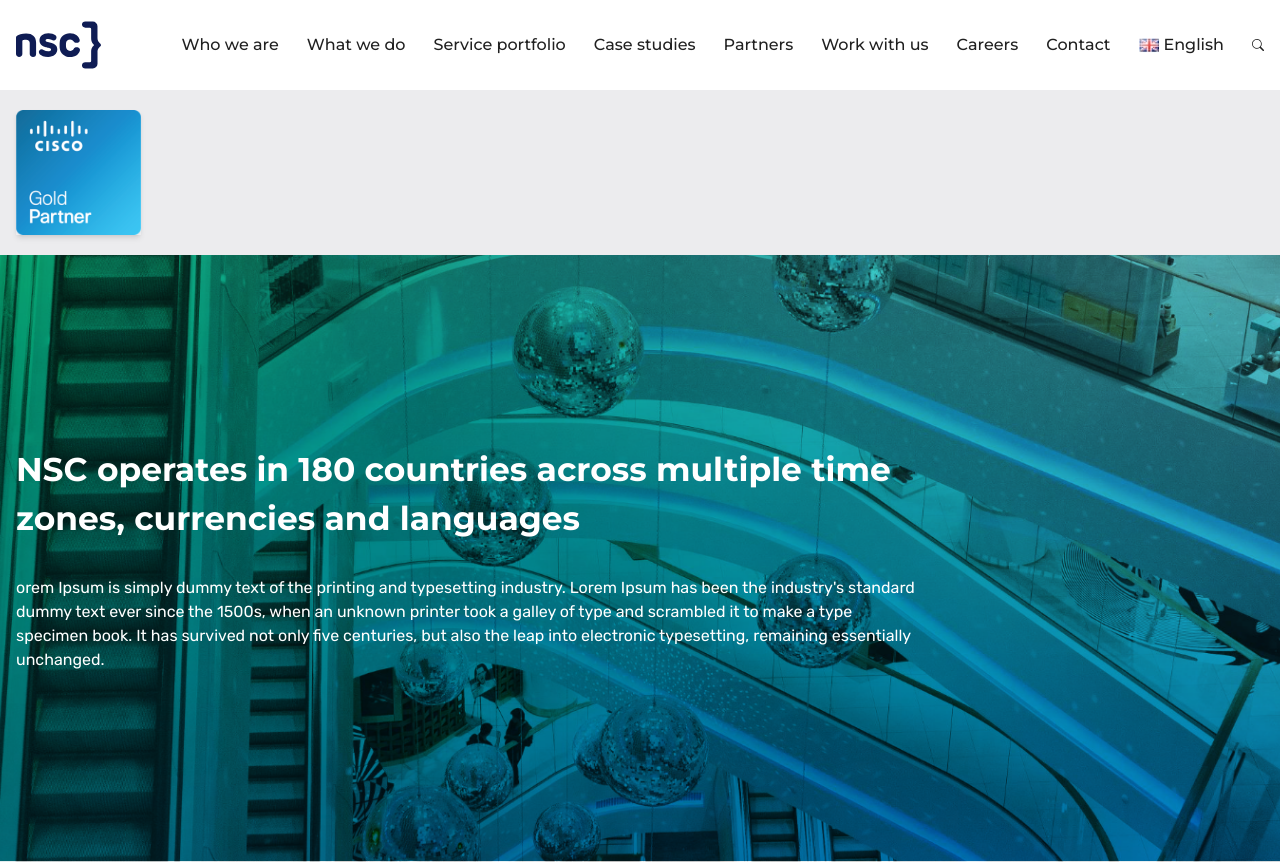
Repository: spaceship9999/ReactIsBack
Page: /
An editor plug-in stored every save of this project. The page is shown before and after the next save, followed by the edit.
The browser window is 1280 px wide. The pictures show the whole page.
The project was rebuilt for these pictures with package versions that can differ from the ones it lists, and the page was loaded fresh each time. The framework's server and built-in components were replaced by stand-ins that run in the browser. Also part of the build but not shown: next.config.js.

Above is the page before, as saved 2023-03-25 00:38:45.

### src/app/layout.tsx
import './globals.scss'

export const metadata = {
  title: 'Create Next App',
  description: 'Generated by create next app',
}

export default function RootLayout({
  children,
}: {
  children: React.ReactNode
}) {
  return (
    <html lang="en">
      <body>{children}</body>
    </html>
  )
}

### src/app/page.tsx
import Link from "next/link";
import Header from "./Header";
import Award from "./Award";
import Banner from "./Banner";

export default function Home() {
  return (
    <main>
      <Header></Header>
      <Award/>
      <Banner
        heading="NSC operates in 180 countries across multiple time zones, currencies and languages"
        image="/img/Cisco_Banner.png" content="orem Ipsum is simply dummy text of the printing and typesetting industry. Lorem Ipsum has been the industry's standard dummy text ever since the 1500s, when an unknown printer took a galley of type and scrambled it to make a type specimen book. It has survived not only five centuries, but also the leap into electronic typesetting, remaining essentially unchanged." position={""}/>
    </main>
  )
}

### src/app/globals.scss
@tailwind base;
@tailwind components;
@tailwind utilities;

@import "./scss/fonts";
@import "./scss/global";
@import "./scss/typography";

### src/app/Header.tsx
import Link from "next/link";

export default function Header() {
    return (
        <div className="container py-5">
            <div className="flex justify-between items-center">
                <Link href="/" >
                    <Logo className="w-[85px] h-[50px]" />
                </Link>
                <nav className="flex gap-7 font-montserrat font-medium text-grey">
                    <Link href="/who-we-are" >
                        Who we are
                    </Link>
                    <Link href="/what-we-do" >
                        What we do
                    </Link>
                    <Link href="/what-we-do" >
                        Service portfolio
                    </Link>
                    <Link href="/what-we-do" >
                        Case studies
                    </Link>
                    <Link href="/what-we-do" >
                        Partners
                    </Link>
                    <Link href="/what-we-do" >
                        Work with us
                    </Link>
                    <Link href="/what-we-do" >
                        Careers
                    </Link>
                    <Link href="/what-we-do" >
                        Contact
                    </Link>
                    <button className="flex items-center gap-x-1">
                        <img src="/img/gb-flag.png" className="w-full"/>
                        English
                    </button>
                    <button>
                        <Search/>
                    </button>
                </nav>
            </div>
        </div>
    )
}


const Logo = (props : { className: string}) => {
    const { className } = props;
    return (
        <svg className={className} xmlns="http://www.w3.org/2000/svg" viewBox="0 0 283.4 156" preserveAspectRatio="xMinYMid meet">
            <path id="nsc_global_logo" d="M67,107.8a10.074,10.074,0,0,1-10,9.9c-5.9.2-11.2-4.5-11.2-9.9V71.6c0-7.4-4.1-11.5-12.4-11.5-6.3,0-12.2.6-12.2,4.2v43.5c0,5.4-4.4,9.9-10.9,9.9-4.9,0-10.3-4.4-10.3-9.9V54.2c0-3.6,1-5.3,3.5-7C8,44,18.6,39.3,34,39.3c21.6,0,33,11.2,33,31.2Zm48.8-37.6L106,68c-6.4-1.4-7.3-3.2-7.3-5,0-3,3.1-4.7,8.6-4.7a31.5,31.5,0,0,1,10.9,2.5,19.538,19.538,0,0,0,7.6,2,8.7,8.7,0,0,0,6.7-3.1,10.468,10.468,0,0,0,2.5-7.6,9.067,9.067,0,0,0-3.5-6.6c-4.9-4-13.9-6.5-23.5-6.5-18,0-29.7,9.6-29.7,24.4,0,11.1,7.4,18.9,21.3,22.5,3.8,1,4.8,1.2,6.8,1.6.9.2,1.9.4,3.5.8,6.2,1.5,7.1,3.5,7.1,5.3,0,4.6-6.5,5.1-9.3,5.1a31.582,31.582,0,0,1-15.9-4.4,12.9,12.9,0,0,0-6.2-2A9.431,9.431,0,0,0,78,96.2c-3,3.9-2.1,10,1.9,13.3,4.6,3.8,13,8.3,27.4,8.3,18.2,0,30.4-10.2,30.4-25.4-.1-11.4-7.2-18.7-21.9-22.2Zm95.9,19.2c-2.2-2.9-6.3-4.2-10-4-4.7.2-7.3,1.7-9,4.9-2.7,4.7-6.5,7.3-12.2,7.3-7.8,0-12.9-4.9-13.7-12.9a95.4,95.4,0,0,1,0-13.1c.8-7.7,5.8-12.1,13.7-12.1a13.278,13.278,0,0,1,11.2,6.1c2.7,3.9,5.7,5.1,8.8,5.2,3.7.2,8-.7,10.6-3.9,1.4-1.7,1.7-4.3,1-7C209.8,51,199,39.2,179.9,39.2c-19,0-33.1,12.1-34.2,29.5a152.151,152.151,0,0,0,0,19.1c1.5,17.5,15.9,30.3,34.2,30.3,19.1,0,29.9-10.6,33-21.3.8-3.3.1-5.7-1.2-7.4Zm60,12.3c0-14.8,11.7-17.8,11.7-23.7s-11.7-8.9-11.7-23.7V15.9A15.939,15.939,0,0,0,255.8,0H231c-6.1,0-11,4-11,10,0,6.3,5.1,10.3,11.1,10.3h14.6a4.739,4.739,0,0,1,4.8,4.8V54.3c0,18.9,9.7,20.5,9.7,23.7s-9.7,4.9-9.7,23.7v29.2a4.739,4.739,0,0,1-4.8,4.8H231.1c-6,0-11.1,3.9-11.1,10.3,0,6,4.9,10,11.1,10h24.8a15.938,15.938,0,0,0,15.9-15.9V101.7Z" fill="#0f1c54"></path>
        </svg>
    )
}

const Search = () => {
    return (
        <svg xmlns="http://www.w3.org/2000/svg" className="w-3 h-3" fill="currentColor" viewBox="0 0 16 16">
            <path d="M11.742 10.344a6.5 6.5 0 1 0-1.397 1.398h-.001c.03.04.062.078.098.115l3.85 3.85a1 1 0 0 0 1.415-1.414l-3.85-3.85a1.007 1.007 0 0 0-.115-.1zM12 6.5a5.5 5.5 0 1 1-11 0 5.5 5.5 0 0 1 11 0z" />
        </svg>
    )
}

### src/app/Award.tsx
export default function Award() {
    return (
        <div className="bg-light-grey py-5">
            <div className="container">
                <img className="w-[125px] shadow-md" src="/img/cisco-partner-o.png"/>
            </div>
        </div>
    )
}

### src/app/Banner.tsx

interface BannerProps {
    heading: string;
    content: string;
    image: string;
    position: string;
}



export default function Banner({heading, content, image, position = "center"}: BannerProps) {
    return (
        <div className="py-[190px] relative">
            <img src={image}
             className={`absolute inset-0 w-full h-full object-cover ${position === 'center' ? 'object-center': 'object-start'}`}/>
             <div className="container">
                <div className="flex flex-col items-center relative z-10 text-white lg:max-w-[910px]">
                    <h2 className="text-white font-montserrat t-36 font-bold mb-8">{heading}</h2>
                    <div className="font-rubik">
                        { content }
                    </div>
                </div>
             </div>
        </div>
    )
}

### src/app/scss/_fonts.scss
@font-face {
    font-family: 'Rubik';
    font-display: swap;
    font-style: italic;
    src: url(/fonts/Rubik-Italic-VariableFont_wght.ttf) format('truetype'),
}

@font-face {
    font-family: 'Rubik';
    font-display: swap;
    font-style: normal;
    src: url(/fonts/Rubik-VariableFont_wght.ttf) format('truetype'),
}

@font-face {
    font-family: 'Montserrat';
    font-display: swap;
    font-style: normal;
    src: url(/fonts/Montserrat-VariableFont_wght.ttf) format('truetype'),
}

@font-face {
    font-family: 'Montserrat';
    font-display: swap;
    font-style: italic;
    src: url(/fonts/Montserrat-Italic-VariableFont_wght.ttf) format('truetype'),
}

### src/app/scss/_global.scss
.container {
    width: 100%;
    max-width: 1408px;
    padding-left: 1rem;
    padding-right: 1rem;
}

### src/app/scss/_typography.scss
.t-36 {
    font-size: clamp(24px, 2.571vw, 36px);
}

.t-18 {
    font-size: clamp(16px, 1.286vw, 18px);
}

### tailwind.config.js
/** @type {import('tailwindcss').Config} */
/** @type {import('tailwindcss').Config} */
module.exports = {
  content: [
    "./app/**/*.{js,ts,jsx,tsx}",
    "./pages/**/*.{js,ts,jsx,tsx}",
    "./components/**/*.{js,ts,jsx,tsx}",

    // Or if using `src` directory:
    "./src/**/*.{js,ts,jsx,tsx}",
  ],
  theme: {
    extend: {
      fontFamily: {
        "montserrat": ["Montserrat", 'sans-serif'],
        "rubik": ["Rubik", 'sans-serif'],
      },
      container: {
        center: true,
      },
      colors: {
        "grey": "#202020",
        "light-grey": "#ECECEE",
      }
    },
  },
  plugins: [],
}

After the next save:
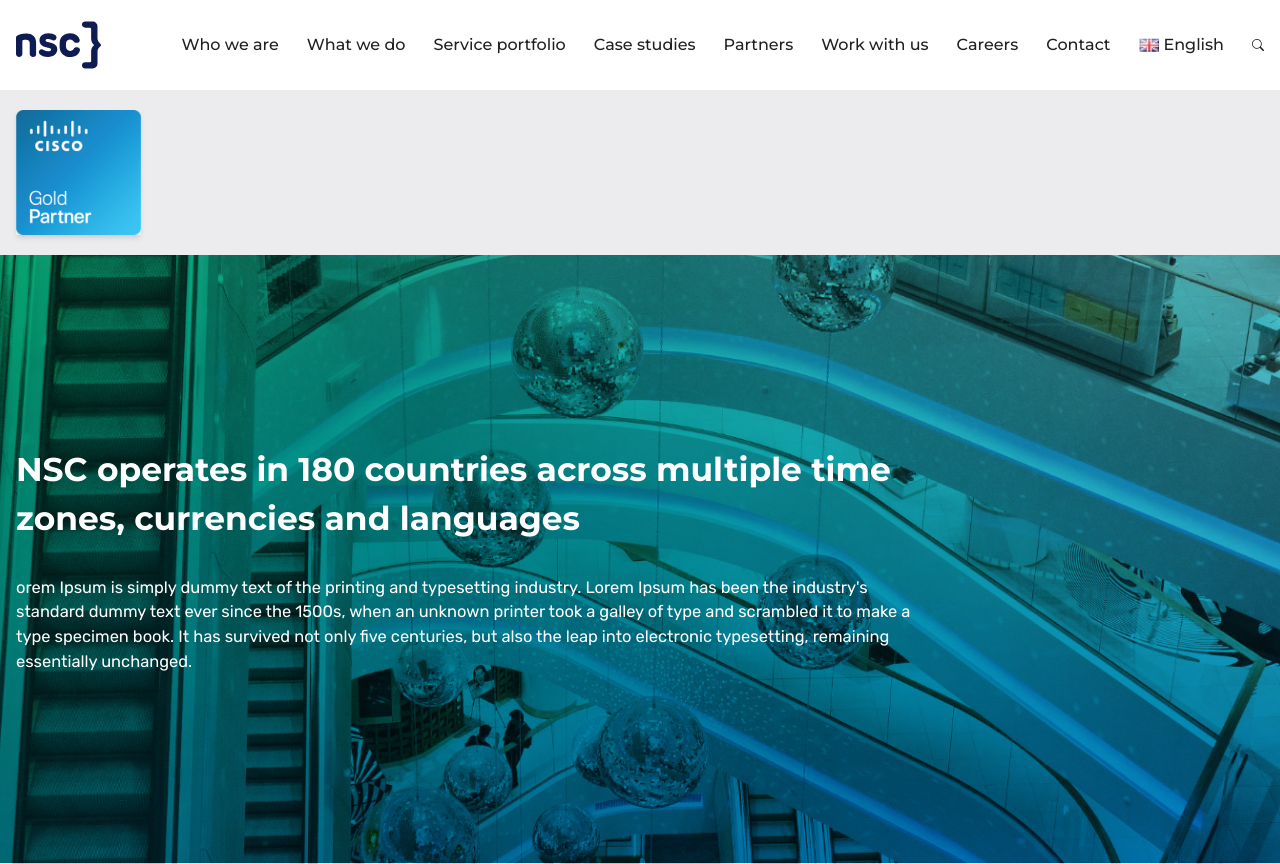
Saved 5 s later.
--- a/src/app/Banner.tsx
+++ b/src/app/Banner.tsx
@@ -16,7 +16,7 @@
              <div className="container">
                 <div className="flex flex-col items-center relative z-10 text-white lg:max-w-[910px]">
                     <h2 className="text-white font-montserrat t-36 font-bold mb-8">{heading}</h2>
-                    <div className="font-rubik">
+                    <div className="font-rubik t-18">
                         { content }
                     </div>
                 </div>

After the save that followed:
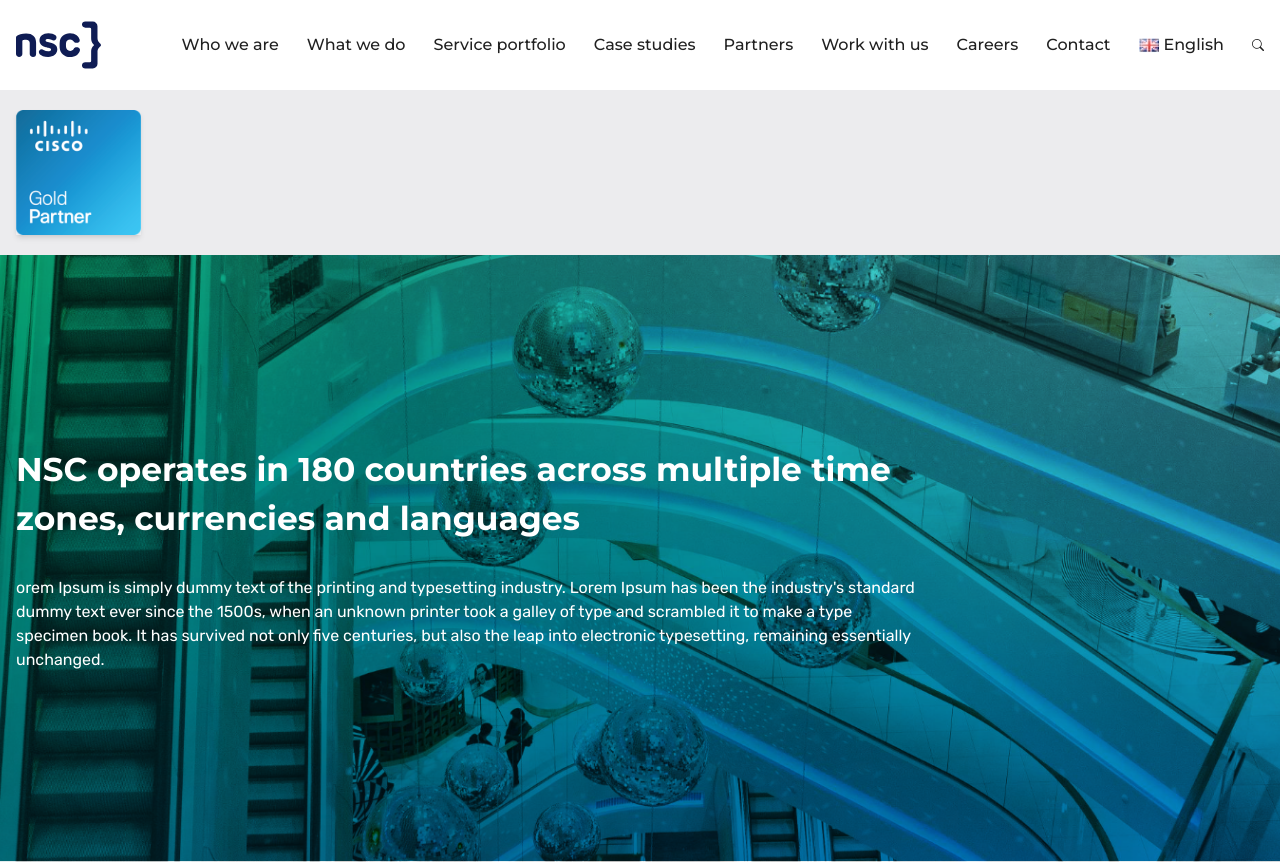
Saved 2 min 4 s later.
--- a/src/app/scss/_typography.scss
+++ b/src/app/scss/_typography.scss
@@ -2,6 +2,6 @@
     font-size: clamp(24px, 2.571vw, 36px);
 }
 
-.t-18 {
-    font-size: clamp(16px, 1.286vw, 18px);
+.t-24 {
+    font-size: clamp(16px, 1.286vw, 24px);
 }
